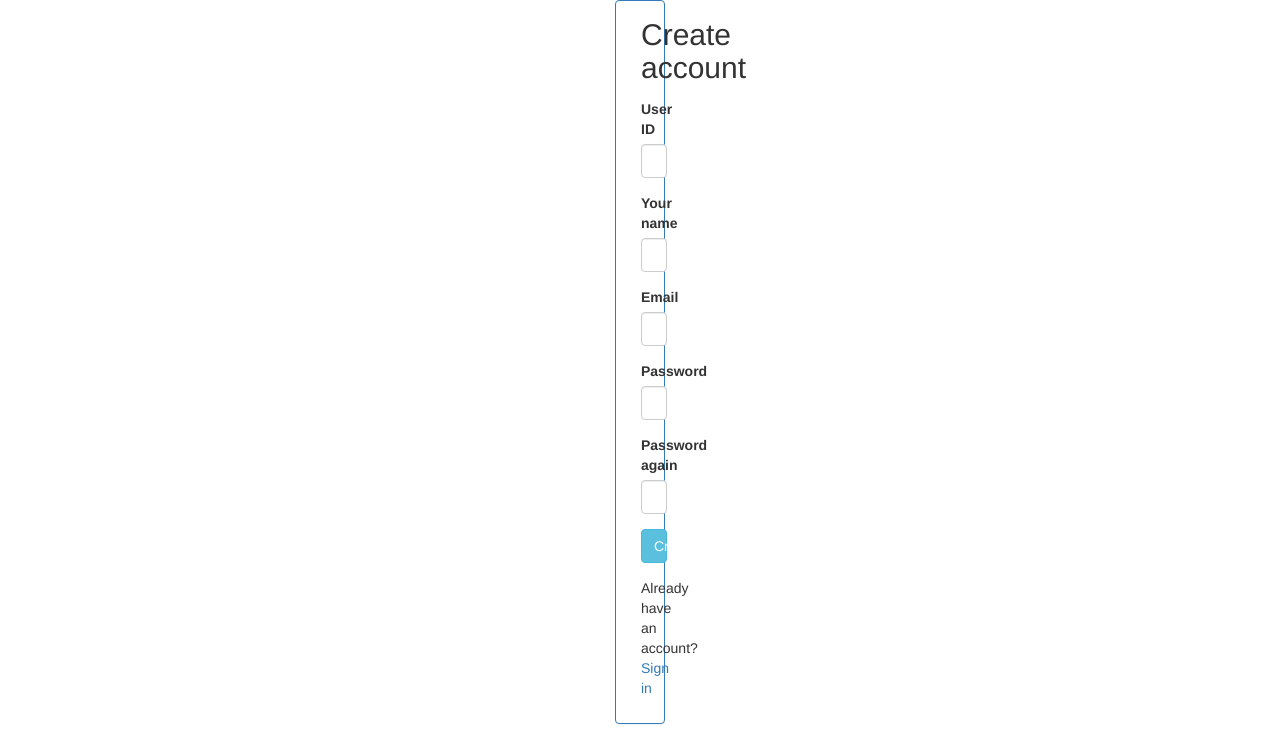
Repository: vishnujayabalan/MobileShopping
Page: http://localhost/frontend/WEB-INF/view/Register.jsp
An editor plug-in stored every save of this project. The page is shown before and after the next save, followed by the edit.
The browser window is 1280 px wide. The pictures show the whole page.
Some web libraries are served in a nearby version. The page is served by Tomcat 9. Nobody is signed in. Other server files are loaded and not shown. The template is opened directly, without the code that normally fills it, so the values that code supplies are empty.

Above is the page before, as saved 2017-03-29 15:40:25.

### frontend/src/main/webapp/WEB-INF/view/Register.jsp
<%@ page language="java" contentType="text/html; charset=ISO-8859-1"
    pageEncoding="ISO-8859-1"%>
<!DOCTYPE html PUBLIC "-//W3C//DTD HTML 4.01 Transitional//EN" "http://www.w3.org/TR/html4/loose.dtd">
<html>
<head>
<%@ taglib uri="http://java.sun.com/jsp/jstl/core" prefix="c"%>
<meta http-equiv="Content-Type" content="text/html; charset=ISO-8859-1">
<meta name="viewport" content="width=device-width, initial-scale=1">
  <link rel="stylesheet" href="https://maxcdn.bootstrapcdn.com/bootstrap/3.3.7/css/bootstrap.min.css">
  <script src="https://ajax.googleapis.com/ajax/libs/jquery/3.1.1/jquery.min.js"></script>
  <script src="https://maxcdn.bootstrapcdn.com/bootstrap/3.3.7/js/bootstrap.min.js"></script>
<title>register</title>
</head>
<style>
form { margin: 0px 10px; }

h2 {
  margin-top: 2px;
  margin-bottom: 2px;
}

.container { max-width: 50px; }

.divider {
  text-align: center;
  margin-top: 20px;
  margin-bottom: 5px;
}

.divider hr {
  margin: 7px 0px;
  width: 35%;
}

.left { float: left; }

.right { float: right; }

</style>
<body>

    <div class="container">
		<div class="row">
			<div class="panel panel-primary">
				<div class="panel-body">
					<form method="POST" action="create_register" method="get">
						<div class="form-group">
							<h2>Create account</h2>
						</div>
						<div class="form-group">
							<label class="control-label" for="id">User ID</label>
							<input name="userid" type="text" maxlength="20" class="form-control">
						</div>
						<div class="form-group">
							<label class="control-label" for="signupName">Your name</label>
							<input name="name" type="text" maxlength="50" class="form-control">
						</div>
						<div class="form-group">
							<label class="control-label" for="signupEmailagain">Email </label>
							<input name="email" type="email" maxlength="50" class="form-control">
						</div>
						<div class="form-group">
							<label class="control-label" for="signupPassword">Password</label>
							<input name="pwd" type="password" maxlength="25" class="form-control"  length="40">
						</div>
						<div class="form-group">
							<label class="control-label" for="signupPasswordagain">Password again</label>
							<input name="cpwd" type="password" maxlength="25" class="form-control">
						</div>
						<div class="form-group">
							<button id="signupSubmit" type="submit" class="btn btn-info btn-block">Create your account</button>
						</div>
						<p></p>Already have an account? <a href="clicklog">Sign in</a></p>
					</form>
				</div>
			</div>
		</div>
	</div>
</body>
</html>

After the next save:
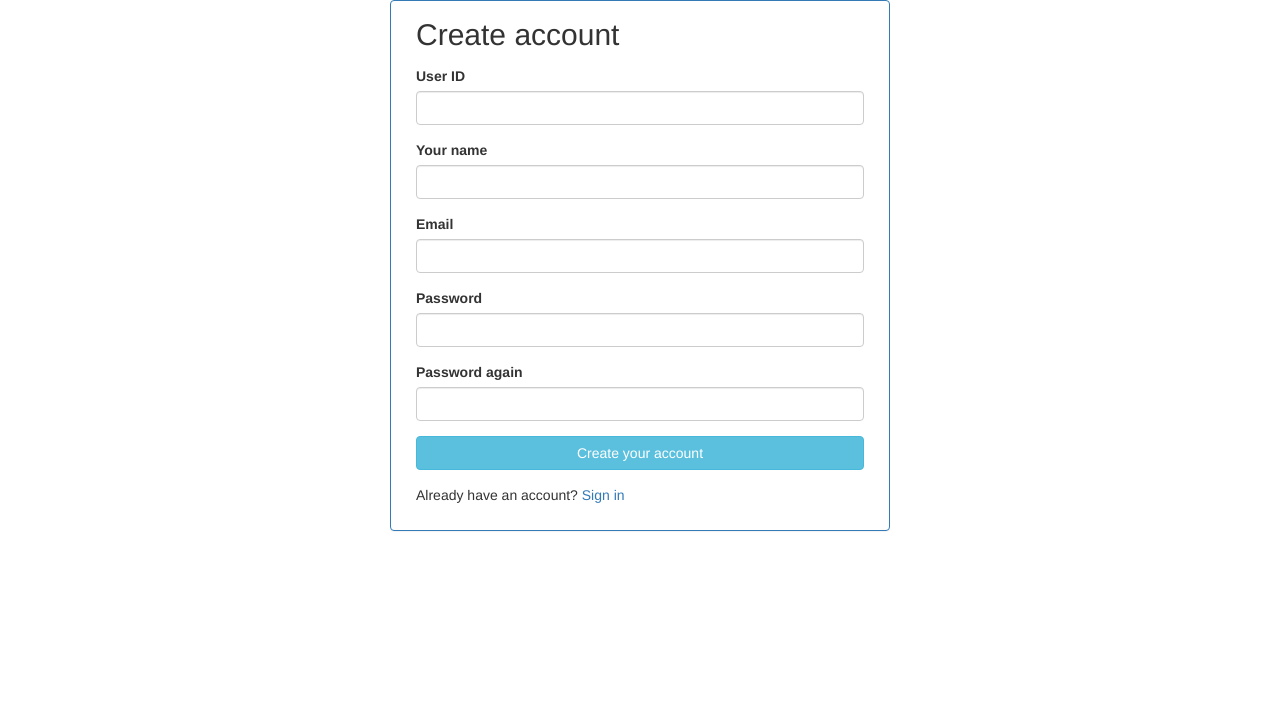
Saved 20 s later.
--- a/frontend/src/main/webapp/WEB-INF/view/Register.jsp
+++ b/frontend/src/main/webapp/WEB-INF/view/Register.jsp
@@ -19,7 +19,7 @@ h2 {
   margin-bottom: 2px;
 }
 
-.container { max-width: 50px; }
+.container { max-width: 500px; }
 
 .divider {
   text-align: center;
